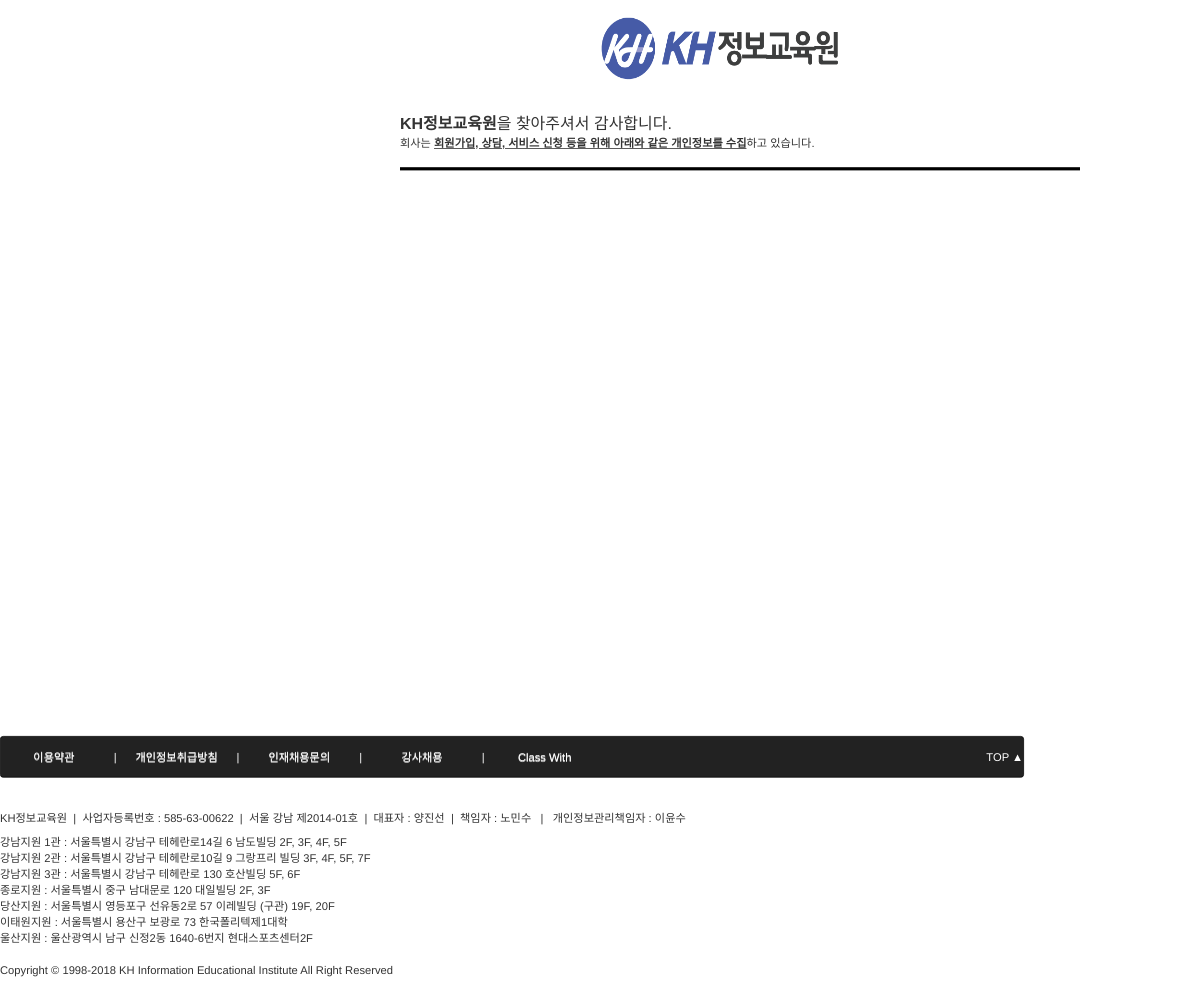
Repository: NohMinSoo/khSpring
Page: http://localhost/1_Spring_Web/WEB-INF/views/member/joinPage.jsp
These files come from the project's save history. The page is drawn as it stood at one moment and after the next save; the edit follows.
The browser window is 1280 px wide. The page is 1500 px wide, so the pictures cover 1500 px, including what lies to the right of the window. The pictures show the whole page, at 80% of full size.
Some web libraries are served in a nearby version. The page is served by Tomcat 9. Nobody is signed in. The template is opened directly, without the code that normally fills it, so the values that code supplies are empty.

Above is the page before, as saved 2018-11-20 05:22:59.
Console error (its wording comes from the project's code and is left out).

After the next save:
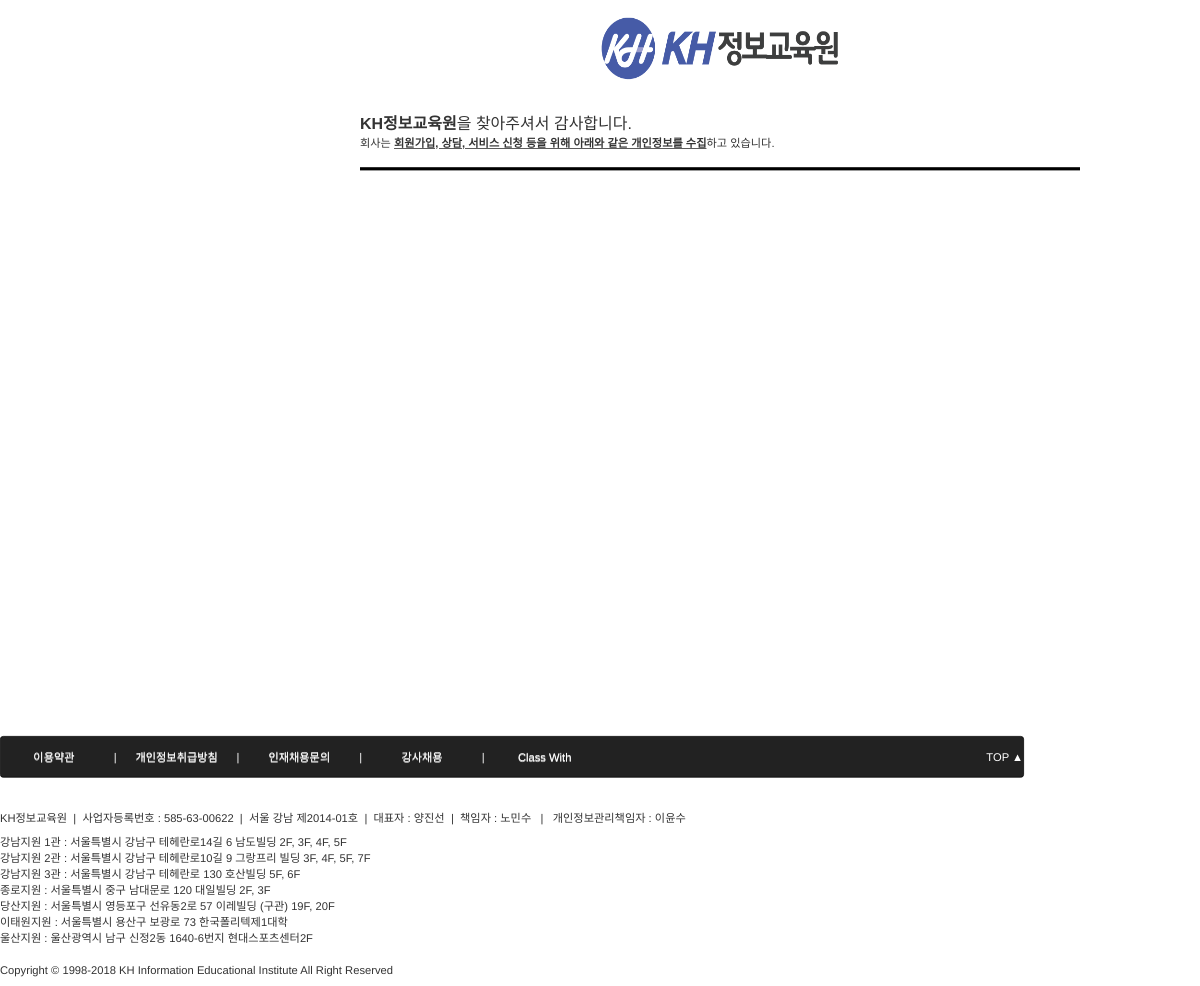
Saved 23 s later.
--- a/1_Spring_Web/src/main/webapp/WEB-INF/views/member/joinPage.jsp
+++ b/1_Spring_Web/src/main/webapp/WEB-INF/views/member/joinPage.jsp
@@ -19,14 +19,14 @@
     }
     #contents-2{
 
-    	padding-left: 200px;
+    	padding-left: 150px;
     	padding-right: 150px;
     	text-align: left; width : 100%;
     	height : 10%;
 
     }
     #contents-3{
-    	padding-left: 200px;
+    	padding-left: 150px;
     	padding-right: 150px;
     	text-align: left; width : 100%;
     	height : 75%;
